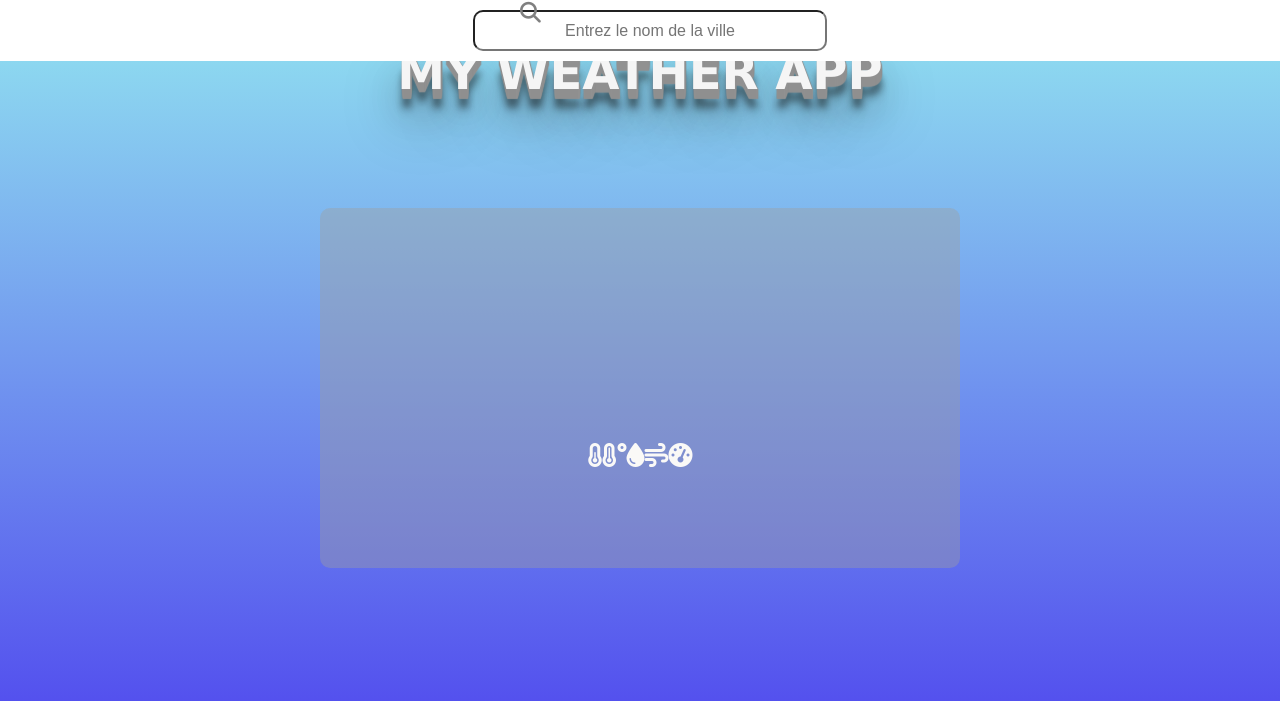
Repository: JeffnyAugustin/MyWeatherApp
Page: index.html
The author's editor kept a copy of each file at every save. The page is drawn from the files as they stood at one save, then again after a run of saves.
The browser window is 1280 px wide. The pictures show the whole page.

Above is the page before, as saved 2023-11-15 17:58:03.

After the next 2 saves:
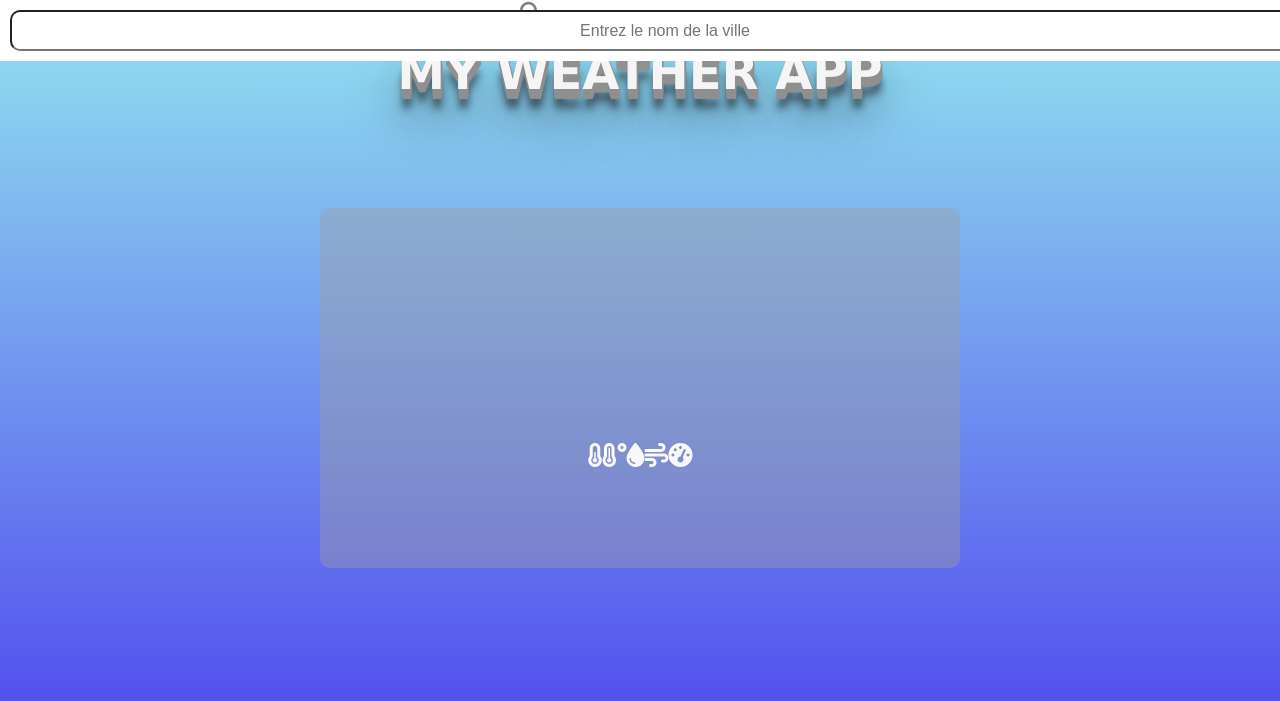
The 2 saves are shown as one change because they came seconds apart.
The last was saved 24 s later.
--- a/css/style.css
+++ b/css/style.css
@@ -39,6 +39,10 @@ body {
     height: 37px;
     border-radius: 10px;
     font-size: 1rem;
+    position: relative;
+    flex: 1; /* Allow the input to grow and take available space */
+    padding-left: 30px; /* Adjust the padding as needed to make room for the icon */
+    font-size: 16px; /* Set font size as needed */
 }
 
 #searchBox input {
